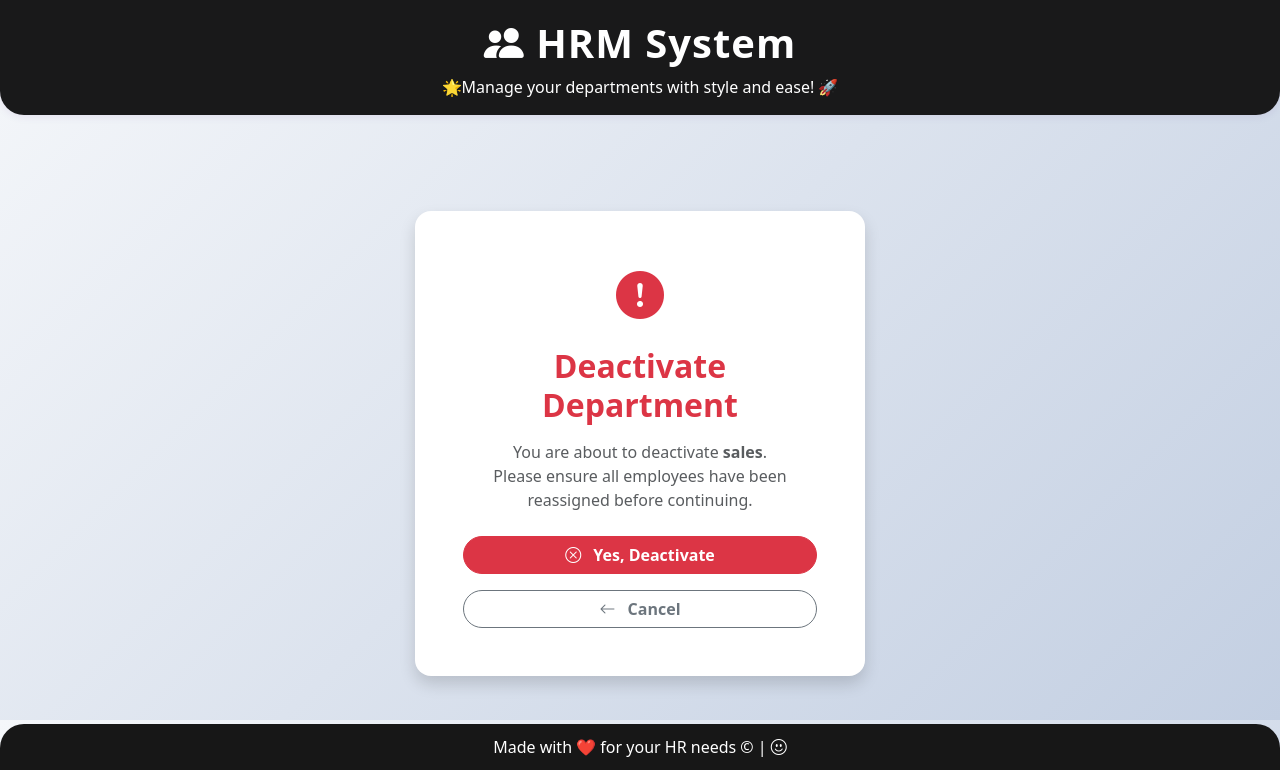
Repository: rtrupti09/HRMS
Page: http://localhost/departments/delete/1/
An editor plug-in stored every save of this project. The page is shown before and after the next save, followed by the edit.
The browser window is 1280 px wide. The pictures show the whole page.
The page is served by the project's application, run on Django 5.2 (hrm_system/manage.py). The first stored user is signed in. Other server files are loaded and not shown. The page reads the database file committed with the project.

Above is the page before, as saved 2025-06-22 15:58:21.

### hrm_system/templates/department/confirm_delete.html
{% extends "base.html" %}

{% block content %}
<div class="container py-5 d-flex justify-content-center align-items-center" style="min-height: 70vh;">
    <div class="card shadow border-0 rounded-4 text-center" style="max-width: 450px; width: 100%;">
        <div class="card-body p-5">
            <!-- Warning Icon -->
            <div class="mb-3">
                <i class="bi bi-exclamation-circle-fill text-danger" style="font-size: 3rem;"></i>
            </div>

            <!-- Title -->
            <h2 class="mb-3 text-danger fw-bold">Deactivate Department</h2>

            <!-- Message -->
            <p class="text-muted">
                You are about to deactivate <strong>{{ department.dept_name }}</strong>. <br>
                Please ensure all employees have been reassigned before continuing.
            </p>

            <!-- Form -->
            <form method="post" class="mt-4">
                {% csrf_token %}
                <button type="submit" class="btn btn-danger w-100 mb-3 rounded-pill fw-semibold">
                    <i class="bi bi-x-circle me-2"></i> Yes, Deactivate
                </button>
                <a href="{% url 'department_dashboard' %}" class="btn btn-outline-secondary w-100 rounded-pill fw-semibold">
                    <i class="bi bi-arrow-left me-2"></i> Cancel
                </a>
            </form>
        </div>
    </div>
</div>
{% endblock %}

### hrm_system/templates/base.html
<!-- templates/base.html -->
<!DOCTYPE html>
<html lang="en">
<head>
    <meta charset="UTF-8">
    <title>HRM System</title>
    <meta name="viewport" content="width=device-width, initial-scale=1">
    <link href="https://cdn.jsdelivr.net/npm/bootstrap@5.3.0/dist/css/bootstrap.min.css" rel="stylesheet">
    <link rel="stylesheet" href="https://cdn.jsdelivr.net/npm/bootstrap-icons@1.10.5/font/bootstrap-icons.css">
    <style>
    html, body {
        height: 100%;
        margin: 0;
        display: flex;
        flex-direction: column;
    }

    body {
        background: linear-gradient(135deg, #f5f7fa 0%, #c3cfe2 100%);
    }

    body > .container {
        flex: 1 0 auto;
    }

    .hrm-header {
        background: #19191a;
        color: #fff;
        padding: 1.2rem 0 1rem 0;
        border-radius: 0 0 24px 24px;
        box-shadow: 0 2px 8px rgba(75,0,130,0.08);
        margin-bottom: 2rem;
    }

    .hrm-footer {
        background: #171717;
        color: #fff;
        text-align: center;
        padding: 0.7rem 0;
        border-radius: 24px 24px 0 0;
        font-size: 1rem;
        flex-shrink: 0;
    }
</style>

    {% block extra_head %}{% endblock %}
</head>
<body>
    <div class="hrm-header text-center">
        <h1 style="font-weight:bold; letter-spacing:1px;"><i class="bi bi-people-fill"></i> HRM System</h1>
        <p class="mb-0">🌟Manage your departments with style and ease! 🚀</p>
    </div>
    <div class="container pt-3">
        {% if messages %}
        <div>
            {% for message in messages %}
                <div class="alert alert-{{ message.tags }} alert-dismissible fade show" role="alert">
                    {{ message }}
                    <button type="button" class="btn-close" data-bs-dismiss="alert"></button>
                </div>
            {% endfor %}
        </div>
        {% endif %}
        {% block content %}{% endblock %}
    </div>
    <div class="hrm-footer">
        <span>Made with ❤️ for your HR needs &copy; {{ now|date:'Y' }} | <i class="bi bi-emoji-smile"></i></span>
    </div>
</body>
</html>

### hrm_system/department/models.py
# department/models.py
from django.db import models

class Department(models.Model):
    dept_name = models.CharField(max_length=100)
    description = models.CharField(max_length=300)
    created_at = models.DateTimeField(auto_now_add=True)
    updated_at = models.DateTimeField(auto_now=True)
    status = models.BooleanField(default=True)

    def __str__(self):
        return self.dept_name

### hrm_system/department/views.py
# department/views.py
from django.shortcuts import render, redirect, get_object_or_404
from .models import Department
from .forms import DepartmentForm
from django.contrib import messages
from django.contrib.auth.decorators import user_passes_test

def admin_required(view_func):
    return user_passes_test(lambda u: u.is_superuser)(view_func)

@admin_required
def department_dashboard(request):
    departments = Department.objects.all()
    query = request.GET.get("search", "")
    if query:
        departments = departments.filter(dept_name__icontains=query)
    return render(request, "department/dashboard.html", {"departments": departments})

@admin_required
def add_department(request):
    if request.method == "POST":
        form = DepartmentForm(request.POST)
        if form.is_valid():
            form.save()
            messages.success(request, "Department added successfully.")
            return redirect('department_dashboard')
    else:
        form = DepartmentForm()
    return render(request, "department/add_edit.html", {"form": form})

@admin_required
def edit_department(request, dept_id):
    department = get_object_or_404(Department, pk=dept_id)
    if request.method == "POST":
        form = DepartmentForm(request.POST, instance=department)
        if form.is_valid():
            form.save()
            messages.success(request, "Department updated successfully.")
            return redirect('department_dashboard')
    else:
        form = DepartmentForm(instance=department)
    return render(request, "department/add_edit.html", {"form": form})

@admin_required
def delete_department(request, dept_id):
    department = get_object_or_404(Department, pk=dept_id)
    if request.method == "POST":
        department.status = False  # Soft delete
        department.save()
        messages.warning(request, "Department deactivated. Reassign employees before deletion.")
        return redirect('department_dashboard')
    return render(request, "department/confirm_delete.html", {"department": department})

### hrm_system/hrm_system/urls.py
"""
URL configuration for hrm_system project.

The `urlpatterns` list routes URLs to views. For more information please see:
    https://docs.djangoproject.com/en/5.2/topics/http/urls/
Examples:
Function views
    1. Add an import:  from my_app import views
    2. Add a URL to urlpatterns:  path('', views.home, name='home')
Class-based views
    1. Add an import:  from other_app.views import Home
    2. Add a URL to urlpatterns:  path('', Home.as_view(), name='home')
Including another URLconf
    1. Import the include() function: from django.urls import include, path
    2. Add a URL to urlpatterns:  path('blog/', include('blog.urls'))
"""
# hrm_system/urls.py

from django.contrib import admin
from django.urls import path, include
from django.shortcuts import redirect

urlpatterns = [
    path('admin/', admin.site.urls),
    path('departments/', include('department.urls')),
    path('accounts/', include('django.contrib.auth.urls')),  # ✅ Add this line
    path('', lambda request: redirect('department_dashboard')),
]

### hrm_system/department/urls.py
# department/urls.py
from django.urls import path
from . import views

urlpatterns = [
    path('', views.department_dashboard, name='department_dashboard'),
    path('add/', views.add_department, name='add_department'),
    path('edit/<int:dept_id>/', views.edit_department, name='edit_department'),
    path('delete/<int:dept_id>/', views.delete_department, name='delete_department'),
]

### hrm_system/db.sqlite3 (the tables this page reads, as SQL)
CREATE TABLE "auth_user" ("id" integer NOT NULL PRIMARY KEY AUTOINCREMENT, "password" varchar(128) NOT NULL, "last_login" datetime NULL, "is_superuser" bool NOT NULL, "username" varchar(150) NOT NULL UNIQUE, "last_name" varchar(150) NOT NULL, "email" varchar(254) NOT NULL, "is_staff" bool NOT NULL, "is_active" bool NOT NULL, "date_joined" datetime NOT NULL, "first_name" varchar(150) NOT NULL);
INSERT INTO "auth_user" VALUES
(1, 'pbkdf2_sha256$1000000$klXm5yfIOGV7m5jneleXNI$T7tebBIVv4do04abtiFRVLbcZeciDKrjFDq6fdQjkgs=', '2025-06-22 09:39:57.673721', 1, 'admin', '', '', 1, 1, '2025-06-22 09:14:34.032178', '');

CREATE TABLE "department_department" ("id" integer NOT NULL PRIMARY KEY AUTOINCREMENT, "dept_name" varchar(100) NOT NULL, "description" varchar(300) NOT NULL, "created_at" datetime NOT NULL, "updated_at" datetime NOT NULL, "status" bool NOT NULL);
INSERT INTO "department_department" VALUES
(1, 'sales', 'sales & marketing', '2025-06-22 09:48:29.772689', '2025-06-22 09:53:15.225973', 0),
(2, 'IT', 'Project Manager', '2025-06-22 09:50:40.913259', '2025-06-22 09:50:45.176349', 0),
(3, 'sales', 'marketingn & tellcalling', '2025-06-22 09:53:28.339740', '2025-06-22 09:53:44.053389', 1),
(4, 'back office', 'Data entry', '2025-06-22 09:54:09.921954', '2025-06-22 09:54:14.452761', 0),
(5, 'back office', 'Data entry', '2025-06-22 09:54:41.224577', '2025-06-22 09:54:41.224597', 1),
(6, 'IT', 'Java Developer', '2025-06-22 10:01:21.121885', '2025-06-22 10:01:21.121905', 1);

After the next save:
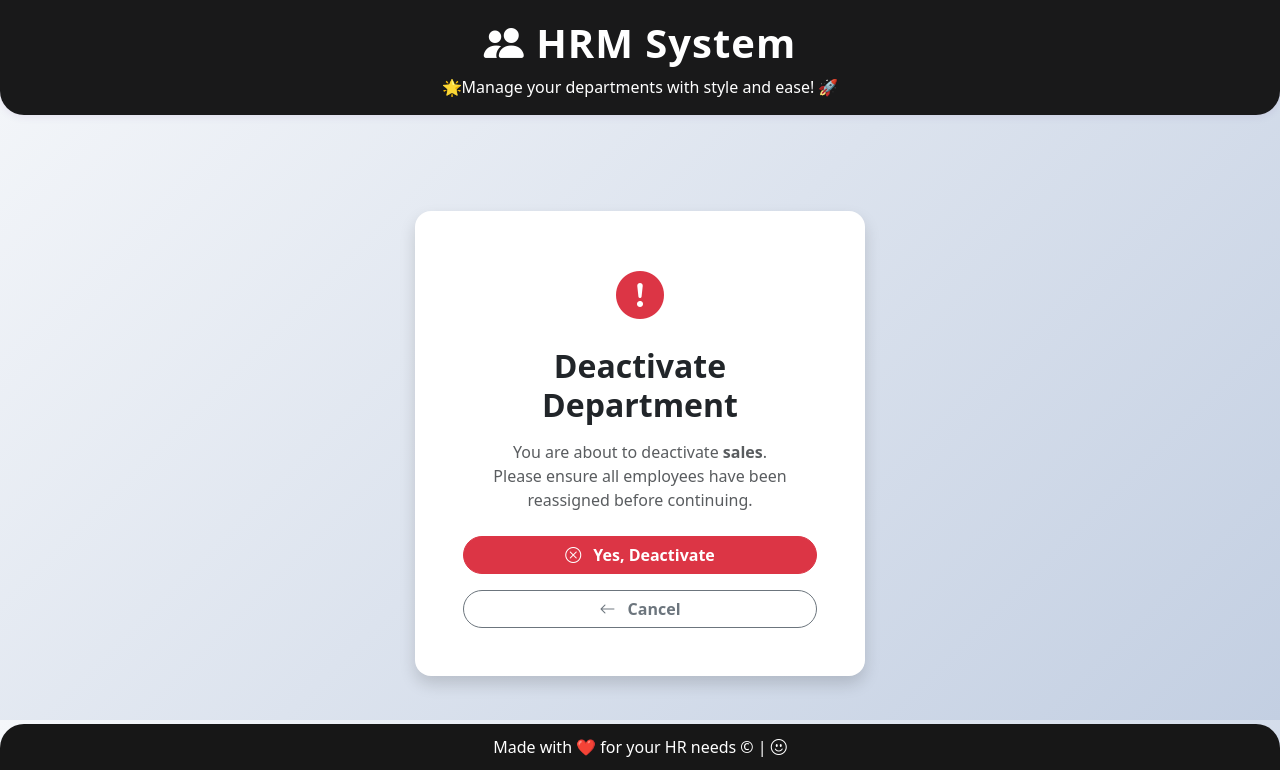
Saved 25 s later.
--- a/hrm_system/templates/department/confirm_delete.html
+++ b/hrm_system/templates/department/confirm_delete.html
@@ -10,7 +10,7 @@
             </div>
 
             <!-- Title -->
-            <h2 class="mb-3 text-danger fw-bold">Deactivate Department</h2>
+            <h2 class="mb-3 text-dark fw-bold">Deactivate Department</h2>
 
             <!-- Message -->
             <p class="text-muted">
